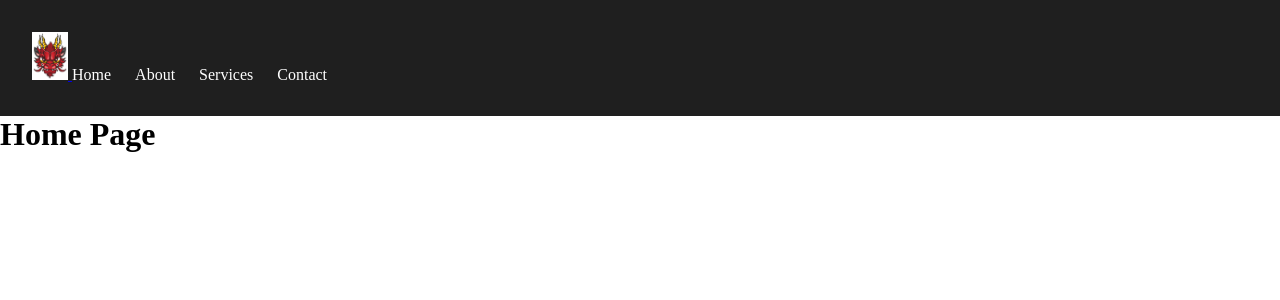
Repository: andreamm-lab/basic-navigation-example-2025-10
Page: index.html
An editor plug-in stored every save of this project. The page is shown before and after the next save, followed by the edit.
The browser window is 1280 px wide. The pictures show the whole page.

Above is the page before, as saved 2025-11-05 23:06:59.

### index.html
<!DOCTYPE html>
<html lang="en">
<head>
    <meta charset="UTF-8">
    <meta name="viewport" content="width=device-width, initial-scale=1.0">
    <title>Basic Nav Example</title>
    <link rel="stylesheet" href="./main.css">
</head>
<body>
    <header>
        <nav>
            <a href="#">
                <img src="./images/dragon.png" alt="Dragon logo">
            </a>
            <span class="spacer"></span>
            <ul>
                <li><a href="#">Home</a></li>
                <li><a href="#">About</a></li>
                <li><a href="#">Services</a></li>
                <li><a href="#">Contact</a></li>
            </ul>
        </nav>

    </header>
    <main>
        <h1>Home Page</h1>

    </main>
</body>
</html>

### main.css
* {
    box-sizing: border-box;
    margin: 0px;
    padding: 0px;
}

nav {
    padding: 32px 32px; /* Este es un comentario */
    min-height: 80px;
    background-color: #1F1F1F;
}

nav img { /* Este es un combinator selector. Va a seleccionar cualquier img que esté luego de nav.
    nav a: no es recomendable, porque selecciona todos los child del nav.
    nav >a: direct descendent. Select only the anchor que estan directamente relacionados con los nav.
    */

    max-height: 48px;
    /* width: auto; Auto: Instrinsic size of the image
    height: auto; */
    background-color:white;

}

nav ul {
    list-style: none;
    display: inline-block;
}

nav ul li {
    display: inline-block;
    margin-right: 20px;

}

nav ul li a{
    text-decoration: none;
}

nav ul li a:link,
nav ul li a:visited {
    color: white;

}

After the next save:
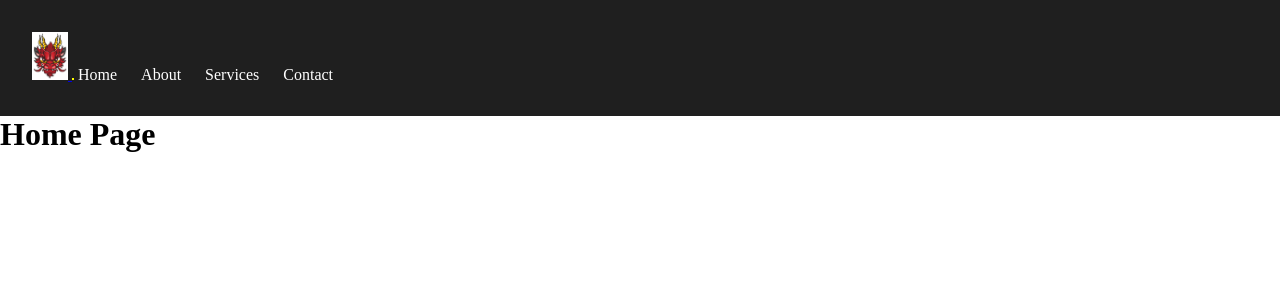
Saved 16 min 55 s later.
--- a/main.css
+++ b/main.css
@@ -22,6 +22,12 @@ nav img { /* Este es un combinator selector. Va a seleccionar cualquier img que
 
 }
 
+.spacer {
+    border: 1px solid yellow;
+    display: inline-block;
+    width: calc (100% - 132px - 276px);
+}
+
 nav ul {
     list-style: none;
     display: inline-block;
